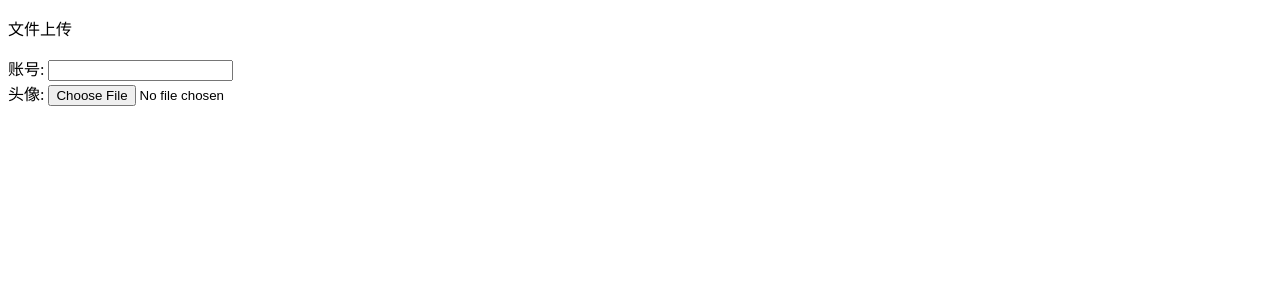
Repository: qyl1006/JavaCode
Page: http://localhost/fileupload_dowload/fileUpload.jsp
An editor plug-in stored every save of this project. The page is shown before and after the next save, followed by the edit.
The browser window is 1280 px wide. The pictures show the whole page.
The page is served by Tomcat 9.

Above is the page before, as saved 2018-03-11 05:50:08.

After the next save:
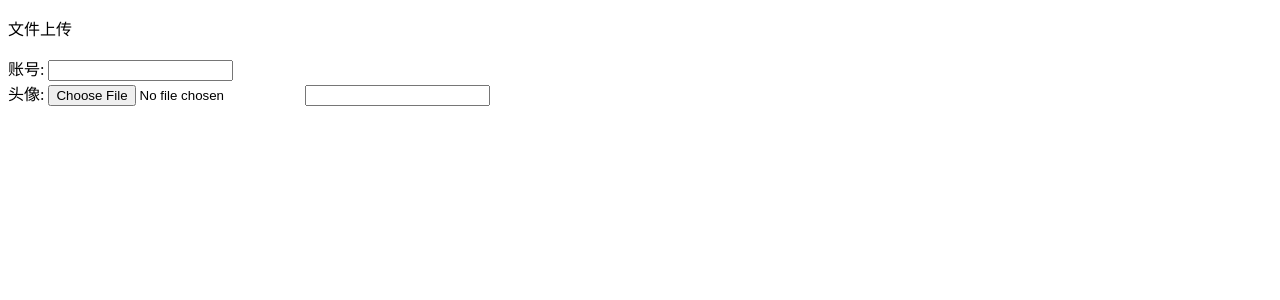
Saved 8 s later.
--- a/workspace/fileupload_dowload/webapp/fileUpload.jsp
+++ b/workspace/fileupload_dowload/webapp/fileUpload.jsp
@@ -12,6 +12,7 @@
 	<form action="/fileupload" method="post" enctype="multipart/form-data">
 		账号: <input type="text" name="username"/><br>
 		头像: <input type="file" name="headImg" accept="image/*"/>
+			<input />
 	</form>
 </body>
 </html>
